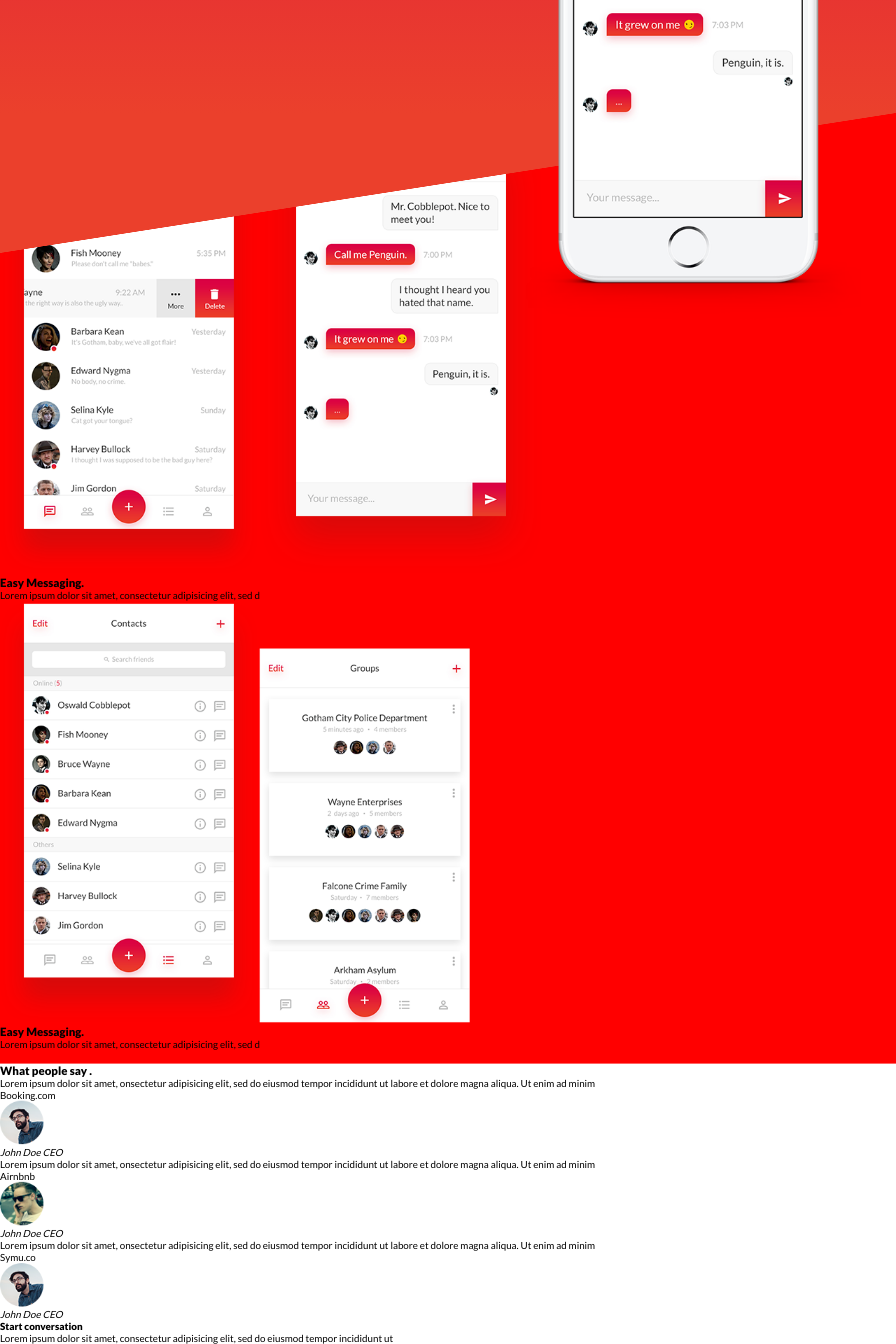
Repository: baumanmilosz/heyu
Page: index.html
The author's editor kept a copy of each file at every save. The page is drawn from the files as they stood at one save, then again after the next save.
The browser window is 1280 px wide. The pictures show the part of the page from y = 749 to 2669 px (the page is 4090 px tall before and 4130 px after), at 70% of full size.
Some web libraries are served in a nearby version. The style sheet was rebuilt from its Sass, Less or Tailwind sources for each picture, by a compiler version that may differ from the author's.

Above is the page before, as saved 2019-04-12 14:48:11.

### index.html
<!DOCTYPE html>
<html lang="en">

<head>
  <meta charset="UTF-8">
  <meta name="viewport" content="width=device-width, initial-scale=1.0">
  <meta http-equiv="X-UA-Compatible" content="ie=edge">
  <title>HeyU Landing Page</title>
  <link rel="stylesheet" href="https://use.fontawesome.com/releases/v5.8.1/css/all.css"
    integrity="sha384-50oBUHEmvpQ+1lW4y57PTFmhCaXp0ML5d60M1M7uH2+nqUivzIebhndOJK28anvf" crossorigin="anonymous">
  <link href="https://fonts.googleapis.com/css?family=Lato:400,900" rel="stylesheet">
  <link rel="stylesheet" href="./src/css/style.css">

</head>

<body>
  <header class="page-header">
    <nav class="page-nav">
      <h1 class="page-nav__title"><a class="page-nav__link" href="">HeyU</a></h1>
      <button type="button" class="page-nav__btn" href=""><i class="page-nav__icon fas fa-bars"></i></button>
      <ul class="page-nav__list">
        <li class="page-nav__item"><a class="page-nav__link" href="">About</a></li>
        <li class="page-nav__item"><a class="page-nav__link" href="">Faq</a></li>
        <li class="page-nav__item"><a class="page-nav__link" href="">Support</a></li>
        <li class="page-nav__item"><a class="page-nav__link" href="">Blog</a></li>
      </ul>
    </nav>
    <div class="page-hero">
      <div class="slogan">
        <h2 class="page-hero__title">Simple, safe <span class="page-hero__linebreak"> & beautiful.</span></h2>
        <p class="page-hero__description">With <span class="page-hero__highlight">HeyU</span>, you'll get fast, simple,
          secure messaging!</p>
        <button class="page-hero__btn"><span class="page-hero__text">Download now</span></button>
      </div>
      <div class="picture-wrapper">
        <img class="picture" src="./assets/phone.png" alt="">
      </div>
    </div>
  </header>
  <section class="app-description">
    <div class="wrapper">
      <div class="app-feature">
        <div class="feature-img-wrapper">
          <img class="messages-img" src="./assets/messages.png" alt="">
          <img class="converstion-img" src="./assets/conversation.png" alt="">
        </div>
        <h3 class="app-feature__title">Easy Messaging<span class="dot">.</span></h3>
        <p class="app-feature__description">Lorem ipsum dolor sit amet, consectetur adipisicing elit, sed d</p>
      </div>
      <div class="app-feature">
        <div class="feature-img-wrapper">
          <img class="contact-img" src="./assets/contacts.png" alt="">
          <img class="group-img" src="./assets/groups.png" alt="">
        </div>
        <h3 class="app-feature__title">Easy Messaging<span class="dot">.</span></h3>
        <p class="app-feature__description">Lorem ipsum dolor sit amet, consectetur adipisicing elit, sed d</p>
      </div>
    </div>
  </section>
  <section class="reviews">
    <div class="wrapper">
      <h3 class="reviews-title">What people say <span class="dot">.</span></h3>
      <div class="reviews-wrapper">
        <div class="comment-box">
          <blockquote class="comment">
            <p class="comment__text">Lorem ipsum dolor sit amet, onsectetur adipisicing elit, sed do eiusmod tempor
              incididunt ut labore et dolore magna aliqua. Ut enim ad minim
            </p>
            <p class="topic">Booking.com</p>
          </blockquote>
          <cite class="author">
            <div class="avatar">
              <img src="./assets/avatar1.png" alt="User">
              <p class="avatar_name">John Doe <span class="avatar_profession">CEO</span></p>
            </div>
          </cite>
        </div>
        <div class="comment-box">
          <blockquote class="comment">
            <p class="comment__text">Lorem ipsum dolor sit amet, onsectetur adipisicing elit, sed do eiusmod tempor
              incididunt ut labore et dolore magna aliqua. Ut enim ad minim</p>
            <p class="comment__company">Airnbnb</p>
          </blockquote>
          <cite class="author">
            <div class="avatar">
              <img src="./assets/avatar2.png" alt="User">
              <p class="avatar_name">John Doe <span class="avatar_profession">CEO</span></p>
            </div>
          </cite>
        </div>
        <div class="comment-box">
          <blockquote class="comment">
            <p class="comment__text">Lorem ipsum dolor sit amet, onsectetur adipisicing elit, sed do eiusmod tempor
              incididunt ut labore et dolore magna aliqua. Ut enim ad minim</p>
            <p class="comment__company">Symu.co</p>
          </blockquote>
          <cite class="author">
            <div class="avatar">
              <img src="./assets/avatar1.png" alt="User">
              <p class="avatar_name">John Doe <span class="avatar_profession">CEO</span></p>
            </div>
          </cite>
        </div>
      </div>
    </div>
  </section>
  <section class="overview">
    <div class="wrapper">
      <div class="feature">
        <h4 class="feature__title">Start conversation</h4>
        <p class="feature__description">Lorem ipsum dolor sit amet, consectetur adipisicing elit, sed do eiusmod tempor
          incididunt ut</p>
        <img class="feature__icon" src="./assets/message-icon.png" alt="">
      </div>
      <div class="feature">
        <h4 class="feature__title">Make a free call</h4>
        <p class="feature__description">Lorem ipsum dolor sit amet, consectetur adipisicing elit, sed do eiusmod tempor
          incididunt ut</p>
        <img class="feature__icon" src="./assets/phone-icon.png" alt="">
      </div>
      <div class="phone-wrapper">
        <img class="phone" src="./assets/phone-gradient.png" alt="">
        <img class="play-icon" src="./assets/play-icon.png" alt="">
      </div>
      <div class="feature">
        <h4 class="feature__title">Take a picture</h4>
        <p class="feature__description">Lorem ipsum dolor sit amet, consectetur adipisicing elit, sed do eiusmod tempor
          incididunt ut</p>
        <img class="feature__icon" src="./assets/camera-icon.png" alt="">
      </div>
      <div class="feature">
        <h4 class="feature__title">Send your video</h4>
        <p class="feature__description">Lorem ipsum dolor sit amet, consectetur adipisicing elit, sed do eiusmod tempor
          incididunt ut</p>
        <img class="feature__icon" src="./assets/video-icon.png" alt="">
      </div>
    </div>
  </section>
  <section class="newsletter">
    <div class="wrapper">
      <h3 class="newsletter__title">Subscribe to our newsletter<span class="dot">.</span></h3>
      <p class="newsletter__text">Lorem ipsum dolor sit amet, consectetur adipisicing elit, sed do eiusmod tempor
        incididunt ut labore et</p>
      <form action="" class="from">
        <input type="text" class="form__input" placeholder="Your email adress">
        <button type="submit" class="form__btn">Subscribe</button>
      </form>
    </div>
  </section>
  <section class="download-app">
    <div class="wrapper">
      <img class="app-logo" src="./assets/app-icon.png" alt="">
      <h3 class="download-app__title">Download the app <span class="dot">.</span></h3>
      <img class="appstore-icon" src="./assets/appstore.png" alt="">
    </div>
  </section>
  <footer class="page-footer">
    <nav class="footer-nav">
      <ul class="footer-nav__list">
        <li class="footer-nav__element"><a class="footer-nav__link" href="">About</a></li>
        <li class="footer-nav__element"><a class="footer-nav__link" href="">Faq</a></li>
        <li class="footer-nav__element"><a class="footer-nav__link" href="">Support</a></li>
        <li class="footer-nav__element"><a class="footer-nav__link" href="">Blog</a></li>
        <li class="footer-nav__element"><a class="footer-nav__link" href="">Download</a></li>
      </ul>
    </nav>
    <form action="" class="footer-form">
      <label for="lang-select">
        <select id="lang-select">
          <option value="English">English</option>
        </select>
      </label>
    </form>
  </footer>

  <script src="./src/js/main.js"></script>
</body>

</html>

### src/js/main.js
const hamburger = document.querySelector('.page-nav__btn');
const nav = document.querySelector('.page-nav');

hamburger.addEventListener('click', () => {
  nav.classList.toggle('opened');
  if (!nav.classList.contains('opened')) {
    nav.style.animation = 'close 1s 1 both ease';

  } else if (nav.classList.contains('opened')) {
    nav.style.animation = 'open 1s 1 both ease';
  }
})

### src/scss/style.scss
@import './variables';
@import './mixins';

:root {
  --closed-nav-height: 36px;
  --opened-nav-height: 246px;
}

* {
  margin: 0;
  padding: 0;
  box-sizing: border-box;
}

// MOBILE
html {
  font-size: 10px;
  font-family: $lato-font-family;
  overflow-x: hidden;

  body {
    overflow-x: hidden;

    .page-header {
      padding: 20px 20px 50px;
      background-image: $main-gradient;


      .page-nav {
        display: grid;
        grid-template-columns: auto auto;
        height: var(--closed-nav-height);

        @keyframes close {
          from {
            height: var(--opened-nav-height);
          }

          to {
            height: var(--closed-nav-height);
          }
        }

        .page-nav__title {
          font-size: 3rem;

          .page-nav__link {
            text-decoration: none;
            color: $white-color;
          }
        }

        .page-nav__btn {
          justify-self: end;
          align-self: center;
          background: none;
          border: none;
          cursor: pointer;

          .page-nav__icon {
            color: $white-color;
            font-size: 3.5rem;
          }
        }

        .page-nav__list {
          grid-column: 1/-1;
          display: grid;
          grid-template-rows: repeat(4, 50px);
          margin-top: 10px;
          list-style: none;
          overflow: hidden;

          .page-nav__item {
            display: grid;

            .page-nav__link {
              width: 100%;
              align-self: stretch;
              display: grid;
              align-items: center;
              justify-items: center;
              font-size: 1.6rem;
              color: $white-color;
              text-decoration: none;
              text-transform: uppercase;
              border-bottom: 1px solid $white-color;
            }
          }
        }
      }

      .page-nav.opened {}

      @keyframes open {
        from {
          height: var(--closed-nav-height);
        }

        to {
          height: var(--opened-nav-height);
        }
      }

      .page-nav.opened .page-nav__list {
        display: grid;
      }

      .page-hero {
        text-align: center;
        color: $white-color;

        .slogan {

          .page-hero__title {
            padding: 40px 0;
            font-size: 3rem;
            letter-spacing: $h2-letter-spacing;

            .page-hero__linebreak {
              display: block;
            }
          }

          .page-hero__description {
            margin: 0 0 30px 0;
            font-size: 1.5rem;
            line-height: 2rem;

            .page-hero__highlight {
              font-weight: bold
            }
          }

          .page-hero__btn {
            padding: 15px 32.5px;
            background-color: $white-color;
            border: none;
            border-radius: $form-radius;
            font-size: 1.8rem;
            font-weight: $btn-weight;
            cursor: pointer;


            .page-hero__text {
              -webkit-background-clip: text;
              -webkit-text-fill-color: transparent;
              background-image: $main-gradient;
            }
          }
        }

        .picture-wrapper {
          display: none;
        }
      }
    }

    .app-description {
      background: red;
      padding: 20px 0;
    }
  }
}

@media (min-width: 736px) {
  html {
    font-size: 12px;
  }
}

@media (min-width: 1024px) {
  html {
    font-size: 14px;

    body {

      .page-header {
        padding: 50px 50px 0;

        .page-nav {
          display: flex;
          justify-content: space-between;
          animation: none;

          .page-nav__title {

            .page-nav__link {}
          }

          .page-nav__btn {
            display: none;

            .page-nav__icon {}
          }

          .page-nav__list {
            display: flex;
            margin-top: 0;

            .page-nav__item {
              position: relative;
              margin-left: 50px;

              &:hover:before {
                content: '';
                display: block;
                width: 100%;
                height: 2px;
                background-color: #fff;
                @include center();
                animation: line .3s 1 both ease;
              }

              @keyframes line {
                from {
                  width: 0;
                }

                to {
                  width: 100%;
                }
              }

              .page-nav__link {
                border-bottom: none;
              }
            }
          }
        }

        .page-nav.opened {}

        .page-nav.opened .page-nav__list {}

        .page-hero {
          max-width: 1600px;
          @include margin-auto;
          display: flex;
          justify-content: space-between;
          align-items: flex-start;
          // background-color: red;

          .slogan {
            text-align: left;
            align-self: center;

            .page-hero__title {
              font-size: 4rem;
            }

            .page-hero__description {
              font-size: 1.6rem;
              margin-bottom: 60px;
            }

            .page-hero__btn {
              .page-hero__text {}
            }
          }

          .picture-wrapper {
            display: block;
            position: relative;
            top: 300px;
            z-index: 1;
          }

        }
      }

      .app-description {
        position: relative;

        &::before {
          content: '';
          display: block;
          position: absolute;
          left: 0;
          top: 0;
          width: 100%;
          height: 200px;
          background-image: linear-gradient(to right bottom, #eb402c 49.9%, transparent 50.1%);
        }
      }
    }
  }
}

@media (min-width: 1920px) {
  html {

    body {

      .page-header {

        .page-nav {
          .page-nav__title {
            .page-nav__link {}
          }

          .page-nav__btn {


            .page-nav__icon {}
          }

          .page-nav__list {


            .page-nav__item {


              &:hover:before {}

              .page-nav__link {}
            }
          }
        }

        .page-nav.opened {}

        .page-nav.opened .page-nav__list {}

        .page-hero {

          .slogan {
            .page-hero__title {
              font-size: 6rem;
            }

            .page-hero__description {
              font-size: 2.4rem;
              margin-bottom: 120px;
            }

            .page-hero__btn {
              .page-hero__text {}
            }
          }

          .picture-wrapper {}

        }
      }
    }
  }
}

### src/scss/_variables.scss
$white-color: #fff;
$headers-color: #363636;
$text-color: #808080;
$btn-weight: bold;
$line-color: #e0e0e0;
$main-gradient: linear-gradient(#d90647, #eb402c);
$avatar-subtext-color: #667386;
$icon-color: #fbfbfb;
$rectangle-color: #232323;
$form-radius: 35px;
$app-icon-shadow: 10px 10px 30px 0 $main-gradient;
$review-box-shadow: 30px 30px 60px 0 $headers-color;
$input-bg: #f8f8f8;

$lato-font-family: 'Lato',
sans-serif;
$header-size: 60px;
$paragraph-size: 18px;
$avatar-caption: 16px;
$section-paragraph-size: 16px;
$section-header-size: 24px;

$page-margin-top: 40px;
$page-margin-bottom: 25px;
$page-margin-horizontal: 50px;

$nav-margin-left: 50px;
$h2-letter-spacing: 2px;
$h2-margin-bottom: 40px;

$header-btn-padding: 20px 50px;
$header-margin-bottom: 65px;

$gradient-section-margin: 85px 90px;
$form-section-vmargin:150px;
$form-margin-top: 70px;

$nav-footer-margin-right: 60px;

### src/scss/_mixins.scss
@mixin margin-auto() {
  margin: 0 auto;
}

@mixin center () {
  position: absolute;
  top: 50%;
  left: 50%;
  transform: translate(-50%, -50%);
}

@mixin gradient($orientation, $start-color, $end-color) {
  background-image: linear-gradient($orientation, $start-color, $end-color);
}

@mixin keyframes($name) {
  @keyframes #{$name} {
    @content;
  }
}

@mixin css-triangle($color, $direction, $main-border-size, $side-border-size) {
  width: 0;
  height: 0;

  @if $direction==down {
    border-left: $size solid transparent;
    border-right: $size solid transparent;
    border-top: $size solid $color;
  }

  @else if $direction==up {
    border-left: $size solid transparent;
    border-right: $size solid transparent;
    border-bottom: $size solid $color;
  }

  @else if $direction==right {
    border-top: $side-border-size solid transparent;
    border-bottom: $side-border-size solid transparent;
    border-left: $main-border-size solid $color;
  }

  @else if $direction==left {
    border-top: $size solid transparent;
    border-bottom: $size solid transparent;
    border-right: $size solid $color;
  }
}

After the next save:
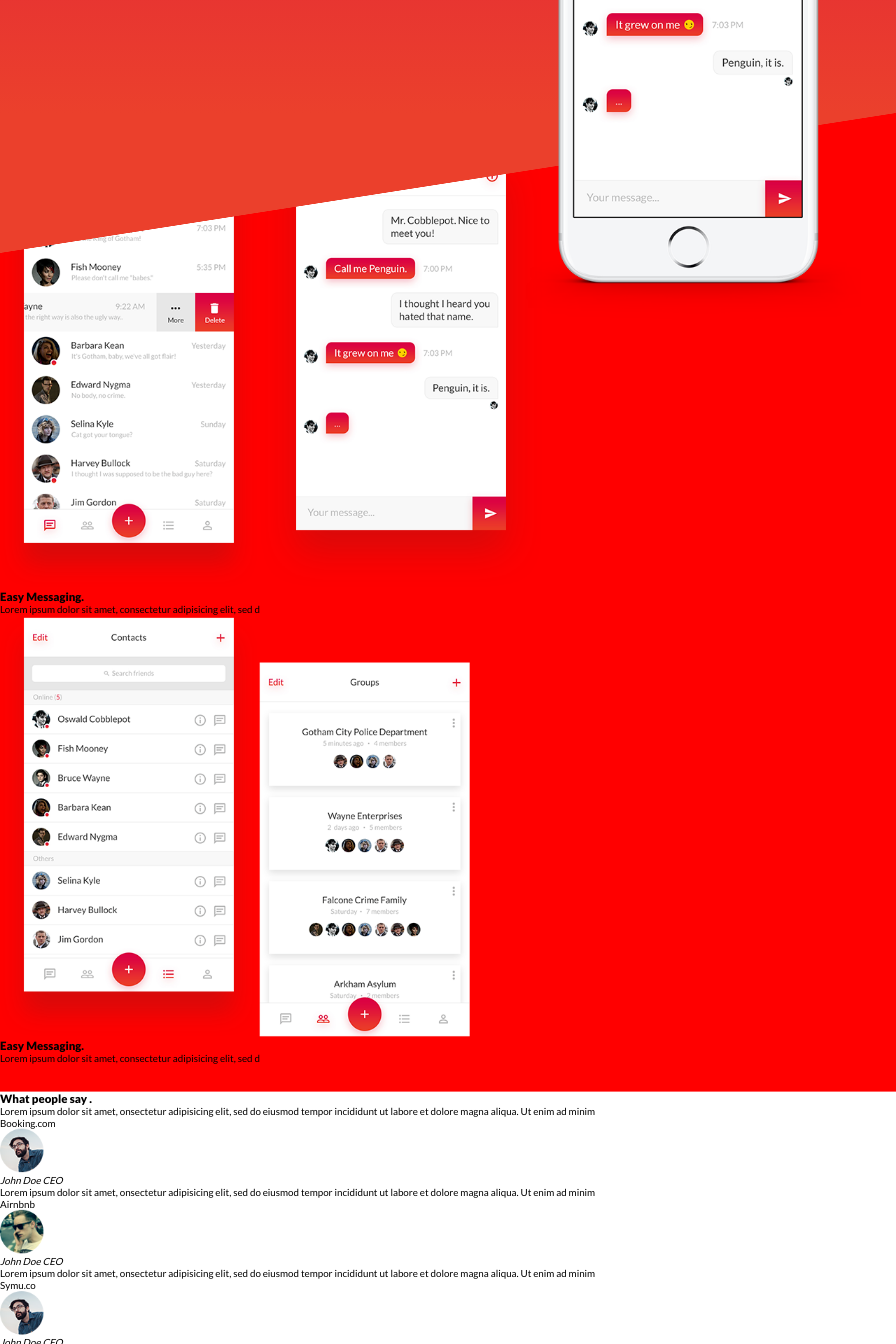
Saved 5 s later.
--- a/src/scss/style.scss
+++ b/src/scss/style.scss
@@ -158,7 +158,7 @@
 
     .app-description {
       background: red;
-      padding: 20px 0;
+      padding: 40px 0;
     }
   }
 }
